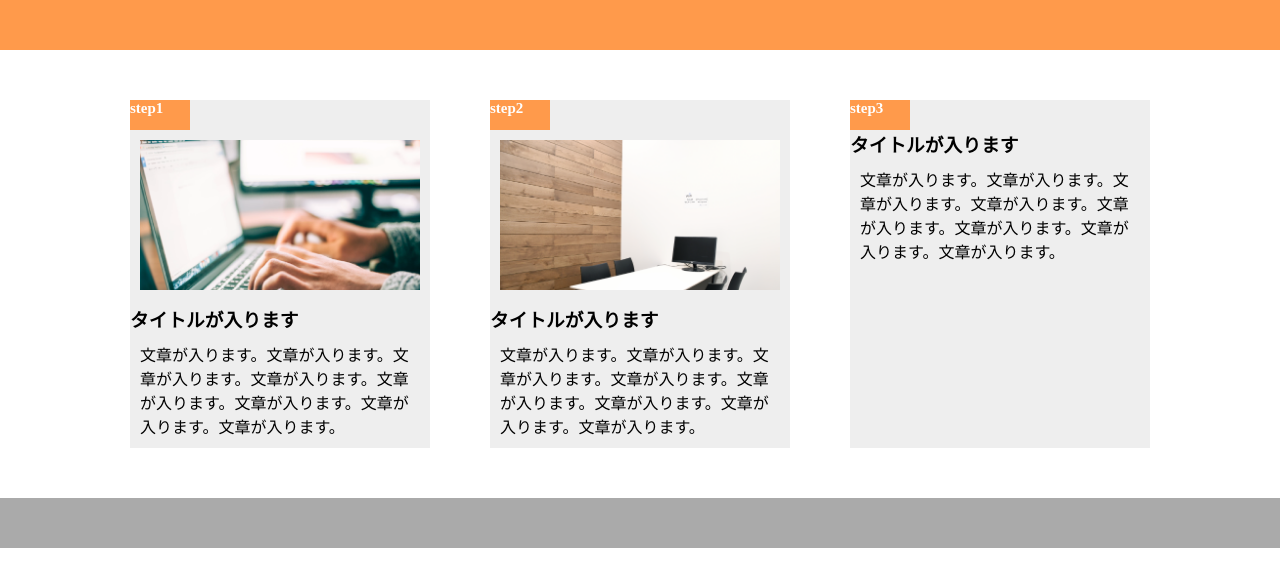
Repository: Kadaisakusei/Bookers2debug-
Page: Assignment1/main.html
The author's editor kept a record of every edit. The page is drawn from the files as they stood at one moment, then again after the next edit.
The browser window is 1280 px wide. The pictures show the whole page.

Above is the page before.

### Assignment1/main.html
<!DOCTYPE HTML>
<html lang="ja">
  <head>
    <meta charset="UTF-8" />
    <link rel="stylesheet" href="add.css" />
    <title>課題１</title>
  </head>

<div class="bar-top"></div>

  <main>
    <div class="contents">
      <h1 class="step">step1</h1>
        <div class="image1"></div>
        <h3>タイトルが入ります</h3>
        <div class="text">文章が入ります。文章が入ります。文章が入ります。文章が入ります。文章が入ります。文章が入ります。文章が入ります。文章が入ります。</div>
    </div>

    <div class="contents">
      <h1 class="step">step2</h1>
        <div class="image2"></div>
        <h3>タイトルが入ります</h3>
        <div class="text">文章が入ります。文章が入ります。文章が入ります。文章が入ります。文章が入ります。文章が入ります。文章が入ります。文章が入ります。</div>
    </div>

    <div class="contents">
      <h1 class="step">step3</h1>
        <div class="image"></div>
        <h3>タイトルが入ります</h3>
        <div class="text">文章が入ります。文章が入ります。文章が入ります。文章が入ります。文章が入ります。文章が入ります。文章が入ります。文章が入ります。</div>
    </div>





  </main>

<div class="bar-under"></div>

### Assignment1/add.css
* {
  margin: 0;
  padding: 0;
  box-sizing: border-box;
}

.bar-top{
  width: 100%;
  height: 50px;
  background-color: #FF9A4B
}

 main{
  width: 960px;
  display: flex;
  justify-content: center;
  margin: 0 auto;
}

.contents{
  width: 300px;
  margin: 50px 30px;
  background-color: #EEEEEE
}

.title{
  padding-left: 10px;
  margin-bottom: 5px;
}

.text{
  padding: 10px;
}

.step{
  font-size: 15px;
  color: #FFFFFF;
  width: 60px;
  height: 30px;
  background-color: #FF9A4B
}

.image1 {
  height: 150px;
  margin: 10px 10px 15px 10px;
  background-image: url(img-Assignment1/flow01.png);
  background-size: cover;
}

.image2 {
  height: 150px;
  margin: 10px 10px 15px 10px;
  background-image: url(img-Assignment1/flow02.png);
  background-size: cover;
}

.image3 {
  height: 150px;
  margin: 10px 10px 15px 10px;
  background-image: url(img-Assignment1/flow03.png);
  background-size: cover;
}



.text{
  width: 300px
}

.bar-under{
  height: 50px;
  background-color: #AAAAAA
}


@media screen and (max-width: 425px) {
.contents {
  width: 100%;
  display: block
}

.contents2{
  width: 100%;
  display: block
}

.contents3{
  width: 100%;
  display: block
}

}

After the next edit:
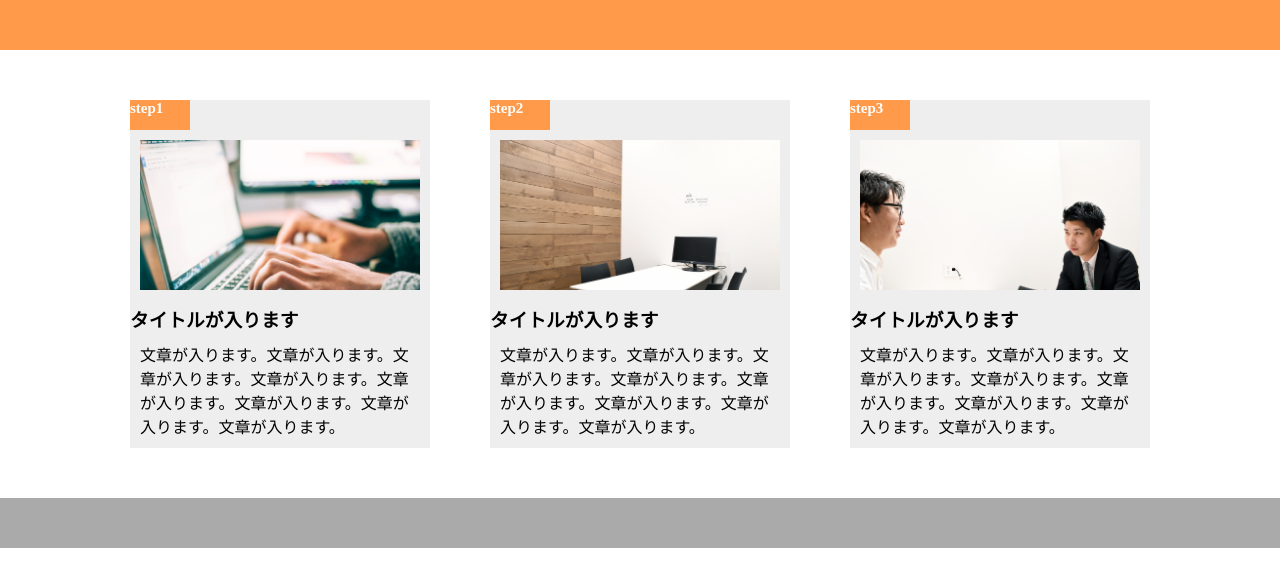
The edit:
--- a/Assignment1/main.html
+++ b/Assignment1/main.html
@@ -25,7 +25,7 @@
 
     <div class="contents">
       <h1 class="step">step3</h1>
-        <div class="image"></div>
+        <div class="image3"></div>
         <h3>タイトルが入ります</h3>
         <div class="text">文章が入ります。文章が入ります。文章が入ります。文章が入ります。文章が入ります。文章が入ります。文章が入ります。文章が入ります。</div>
     </div>
